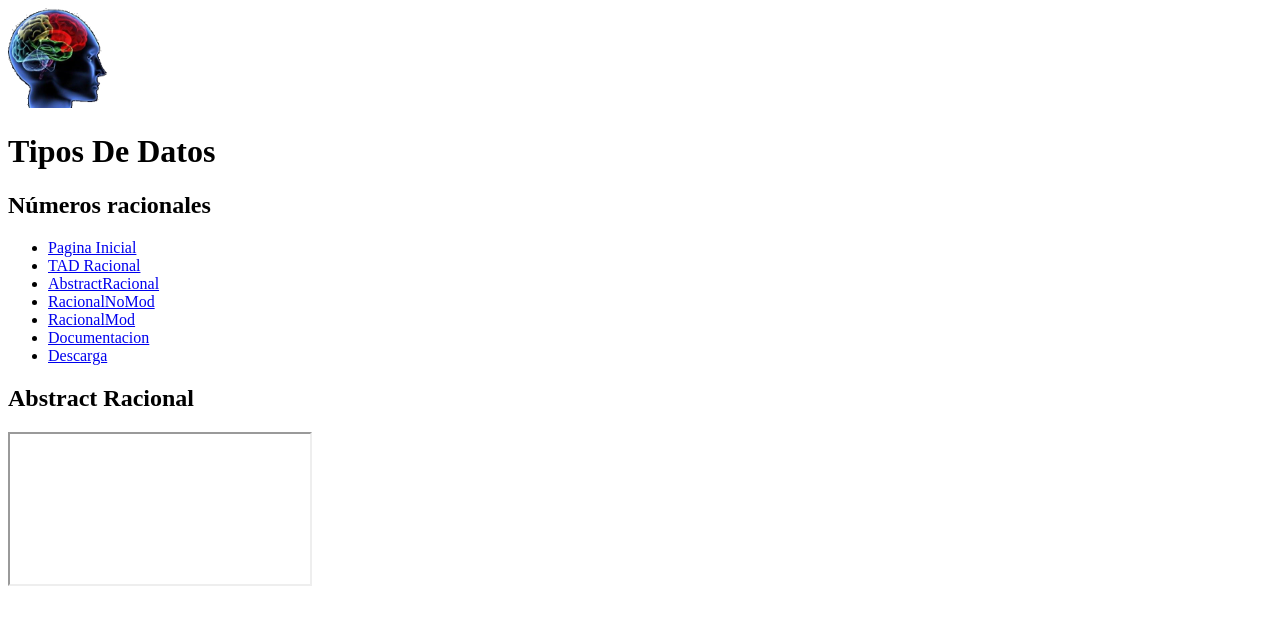
Repository: dgsama/Curso17
Page: SEW/WorkSpace/Practica02/html/Racional.html
The author's editor kept a copy of each file at every save. The page is drawn from the files as they stood at one save, then again after the next save.
The browser window is 1280 px wide. The pictures show the whole page.

Above is the page before, as saved 2016-10-05 10:36:36.

After the next save:
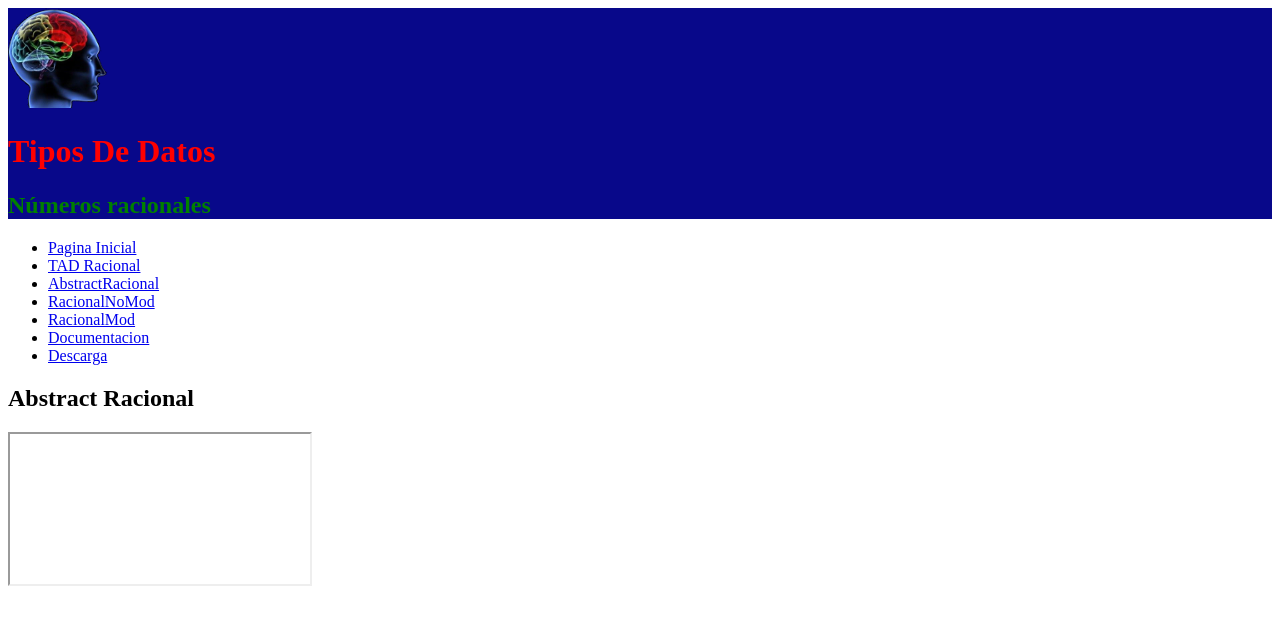
Saved 12 s later.
--- a/SEW/WorkSpace/Practica02/html/css/estDatos.css
+++ b/SEW/WorkSpace/Practica02/html/css/estDatos.css
@@ -5,7 +5,7 @@
     height: 650px;
 }
 
-#code header{
+header{
     background-color: #08088A;
 
     h1{color : red;background-color: #08088A;}
